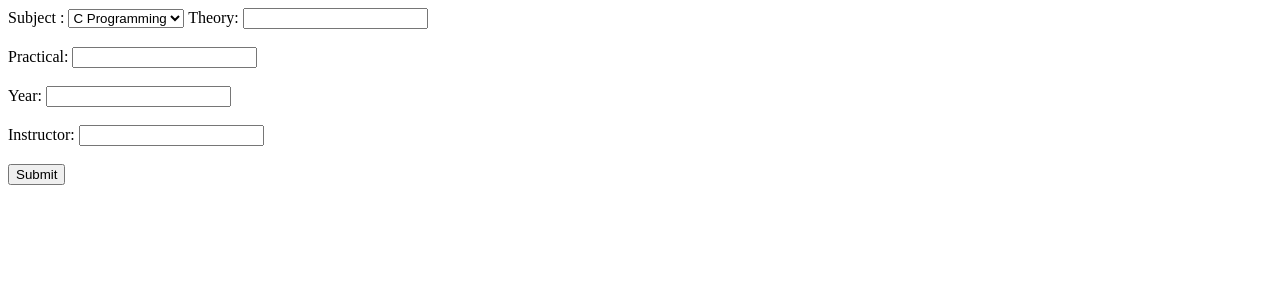
Repository: 1919satya/Mode2
Page: http://localhost/CollegeCms/AddCourse.jsp
These files come from the project's save history. The page is drawn as it stood at one moment and after the next save; the edit follows.
The browser window is 1280 px wide. The pictures show the whole page.
The page is served by Tomcat 9.

Above is the page before, as saved 2019-09-04 04:51:43.

After the next save:
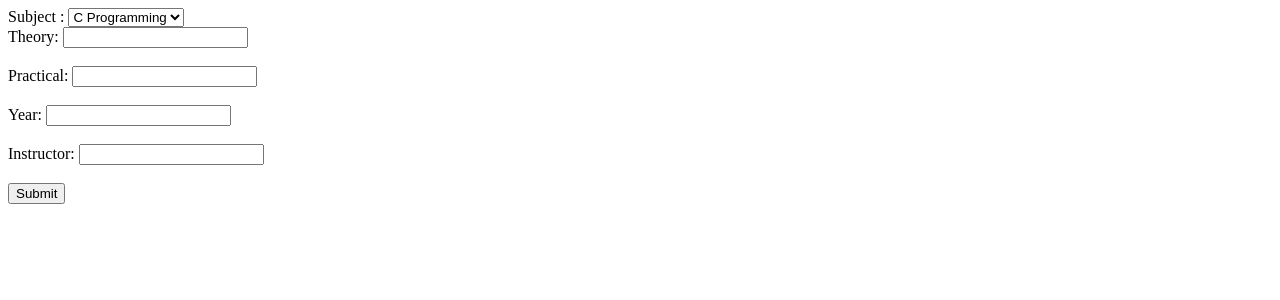
Saved 3 min 14 s later.
--- a/CMS/CollegeCms/src/main/webapp/AddCourse.jsp
+++ b/CMS/CollegeCms/src/main/webapp/AddCourse.jsp
@@ -17,7 +17,7 @@
 <option value="springs" >Springs</option>
 
 
-</select>
+</select><br/>
 Theory:
 <input type="text"  name="theory"/><br/><br/>
 Practical:
